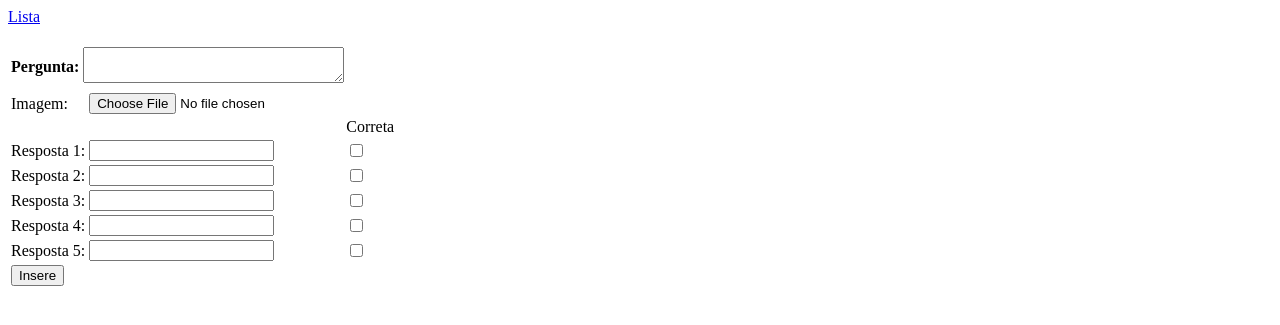
Repository: yagotome/ClickTrauma
Page: http://localhost/ClickTrauma/WEB-INF/views/pergunta/cadastro.jsp
An editor plug-in stored every save of this project. The page is shown before and after the next save, followed by the edit.
The browser window is 1280 px wide. The pictures show the whole page.
The page is served by Tomcat 9. Nobody is signed in. Other server files are loaded and not shown. The template is opened directly, without the code that normally fills it, so the values that code supplies are empty.

Above is the page before, as saved 2016-05-07 18:37:46.

### WebService/ClickTrauma/WebContent/WEB-INF/views/pergunta/cadastro.jsp
<%@ page language="java" contentType="text/html; charset=ISO-8859-1"
    pageEncoding="ISO-8859-1"%>
<%@ taglib uri="http://java.sun.com/jsp/jstl/core" prefix="c" %>
<!DOCTYPE html>
<html>
<head>
	<meta http-equiv="Content-Type" content="text/html; charset=ISO-8859-1">
	<title>Cadastro de perguntas</title>
	<c:if test="${not empty param.inserido}">
		<script type="text/javascript">
			alert("Pergunta cadastrada com sucesso.");
		</script>
	</c:if>
</head>
<body>
	<a href="lista">Lista</a>
	<br /> <br />
	<form action="insere" method="post" enctype="multipart/form-data">
		<table>
			<tr>
				<td><label for="pergunta"><b>Pergunta:</b></label></td>
				<td><textarea rows="2" cols="30" name="texto" id="pergunta" required></textarea></td>
			</tr>
		</table>
		<table>
			<tr>
				<td><label for="arq">Imagem:</label></td>
				<td><input type="file" id="arq" name="file"></td>
			</tr>
			<tr>
				<td></td>
				<td></td>
				<td>Correta</td>
			</tr>
			<tr>
				<td><label for="resp1">Resposta 1:</label></td>
				<td><input name="respostas[0].texto" id="resp1" required></td>
				<td><input name="respostas[0].correta" type="checkbox"></td>
			</tr>
			<tr>
				<td><label for="resp2">Resposta 2:</label></td>
				<td><input name="respostas[1].texto" id="resp2" required></td>
				<td><input name="respostas[1].correta" type="checkbox"></td>
			</tr>
			<tr>
				<td><label for="resp3">Resposta 3:</label></td>
				<td><input name="respostas[2].texto" id="resp3" required></td>
				<td><input name="respostas[2].correta" type="checkbox"></td>
			</tr>
			<tr>
				<td><label for="resp4">Resposta 4:</label></td>
				<td><input name="respostas[3].texto" id="resp4" required></td>
				<td><input name="respostas[3].correta" type="checkbox"></td>
			</tr>
			<tr>
				<td><label for="resp5">Resposta 5:</label></td>
				<td><input name="respostas[4].texto" id="resp5"></td>
				<td><input name="respostas[4].correta" type="checkbox"></td>
			</tr>
			<tr>
				<td><button id="insere">Insere</button></td>
			</tr>
		</table>
	</form>
</body>
</html>

After the next save:
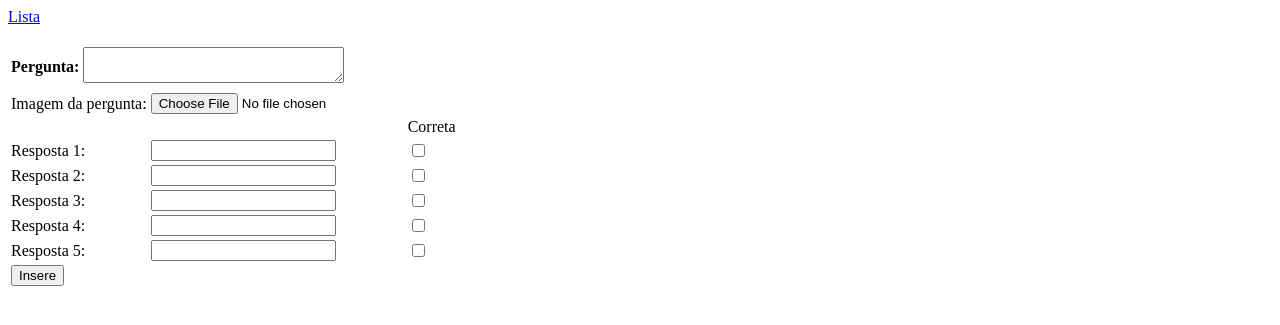
Saved 15 s later.
--- a/WebService/ClickTrauma/WebContent/WEB-INF/views/pergunta/cadastro.jsp
+++ b/WebService/ClickTrauma/WebContent/WEB-INF/views/pergunta/cadastro.jsp
@@ -24,7 +24,7 @@
 		</table>
 		<table>
 			<tr>
-				<td><label for="arq">Imagem:</label></td>
+				<td><label for="arq">Imagem da pergunta:</label></td>
 				<td><input type="file" id="arq" name="file"></td>
 			</tr>
 			<tr>
